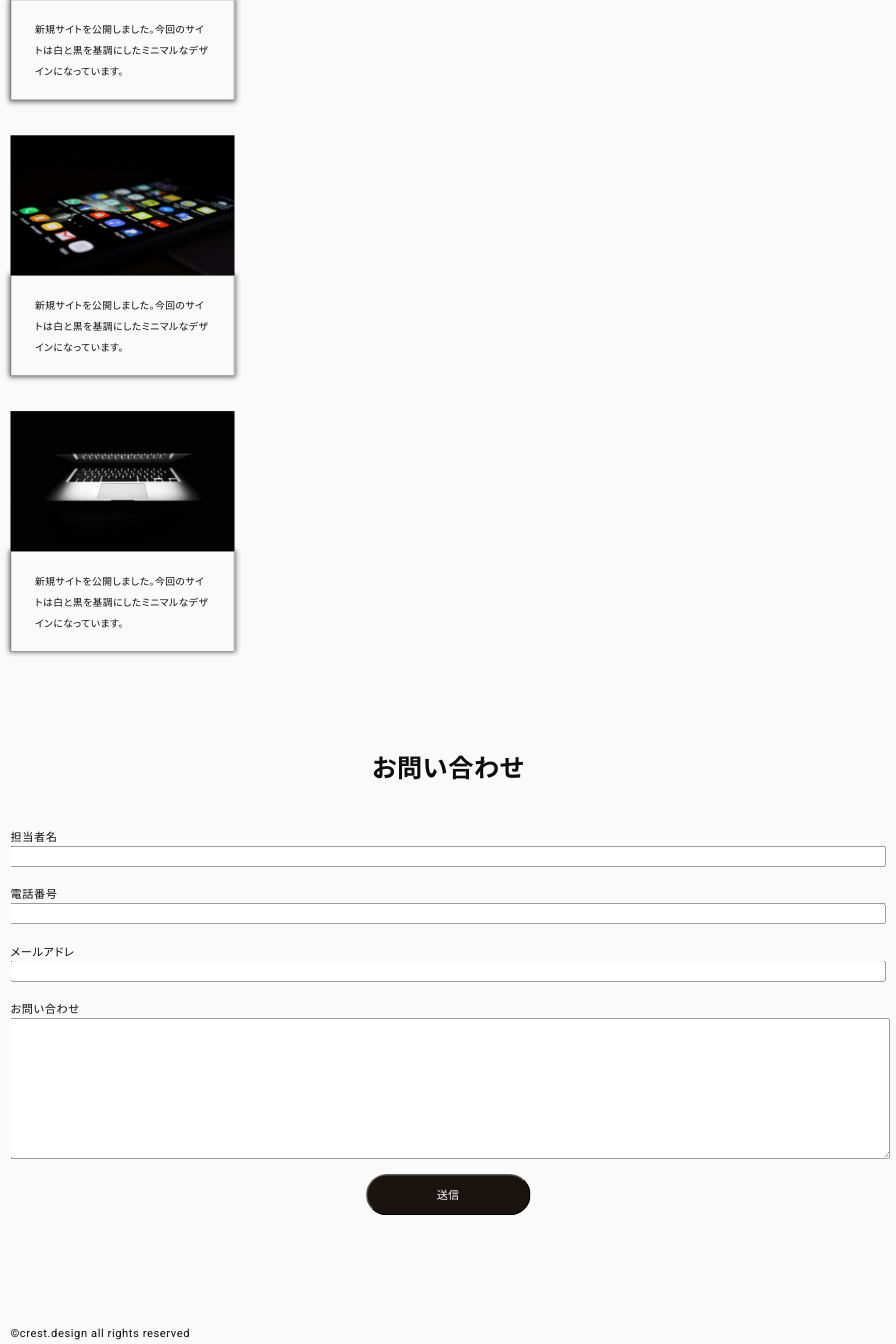
Repository: hatarakimono-kumasan/kurisuta_1st
Page: index.html
These files come from the project's save history. The page is drawn as it stood at one moment and after the next save; the edit follows.
The browser window is 1280 px wide. The pictures show the part of the page from y = 4016 to 5936 px (the page is 5936 px tall), at 70% of full size.
Some web libraries are served in a nearby version. The style sheet was rebuilt from its Sass, Less or Tailwind sources for each picture, by a compiler version that may differ from the author's.

Above is the page before, as saved 2020-05-15 12:13:27.

After the next save:
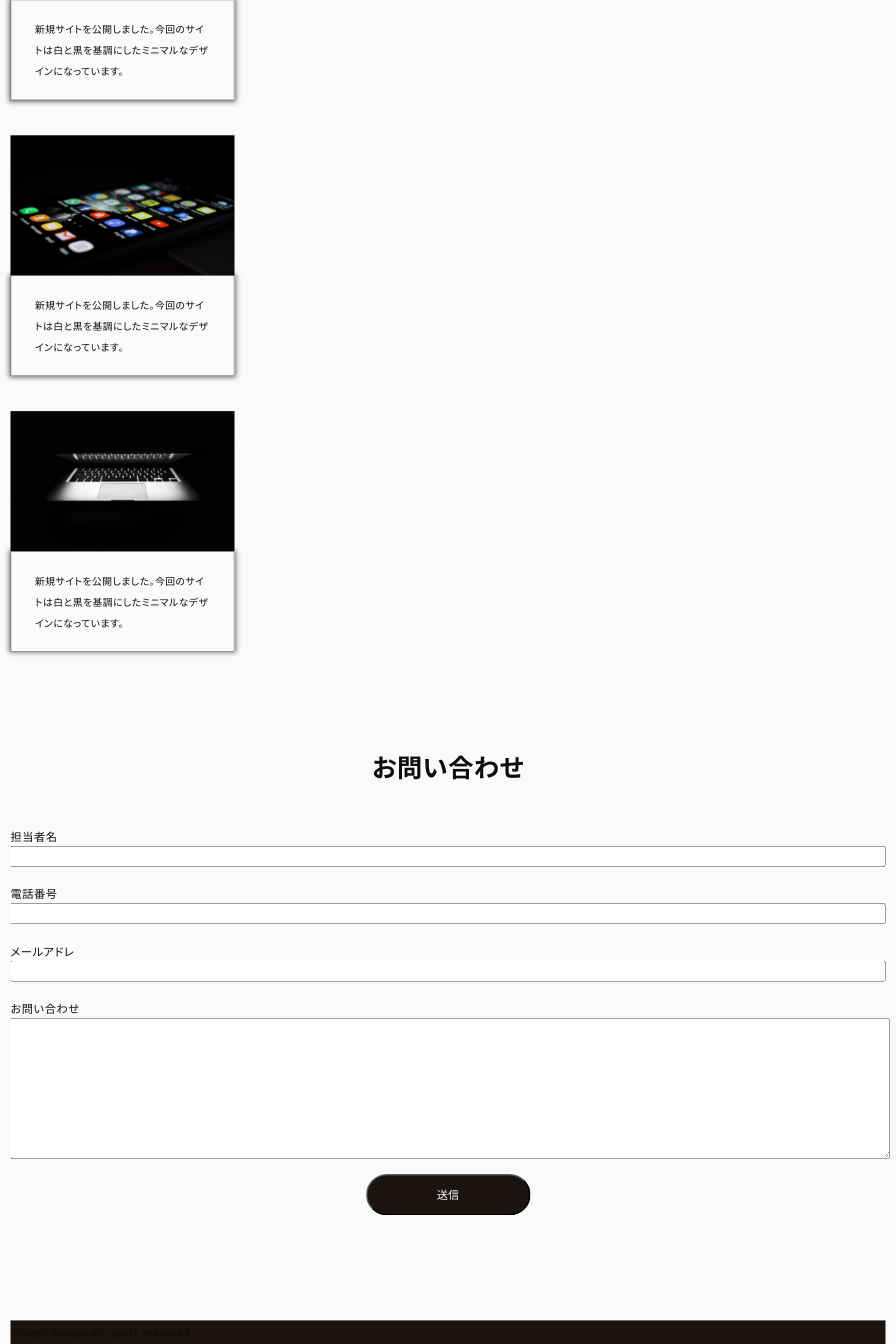
Saved 94 s later.
--- a/style.scss
+++ b/style.scss
@@ -14,7 +14,7 @@ Layout
 @import "scss/layout/header";
 // @import 'layout/nav';
 @import "scss/layout/main";
-// @import 'layout/footer';
+@import "scss/layout/footer";
 
 /* ======================================
 Object
